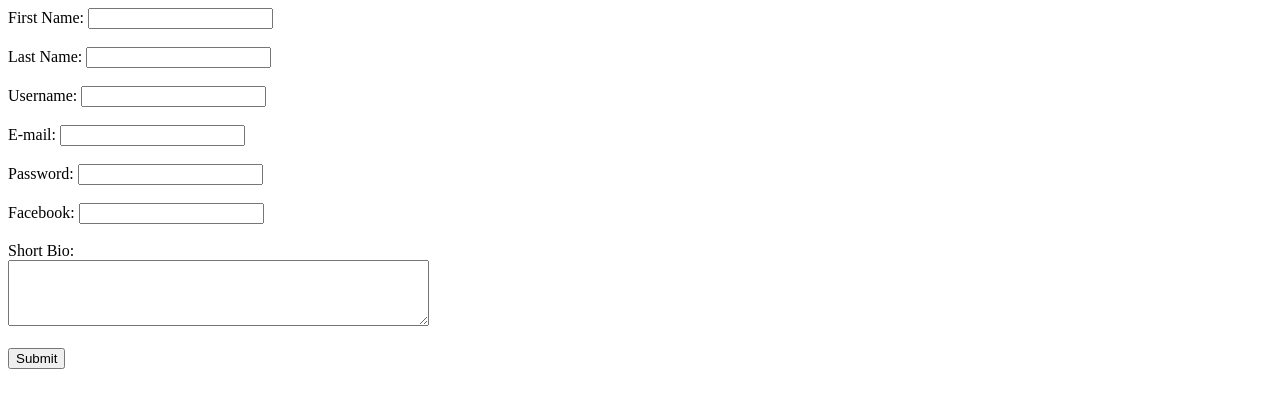
Repository: Knguyen2003/Spring
Page: JavaServlet/Tuan1/PhanNguyenKhoiNguyen_21068021_Tuan1/src/main/webapp/index.html
These files come from the project's save history. The page is drawn as it stood at one moment and after the next save; the edit follows.
The browser window is 1280 px wide. The pictures show the whole page.

Above is the page before, as saved 2024-08-21 11:55:22.

After the next save:
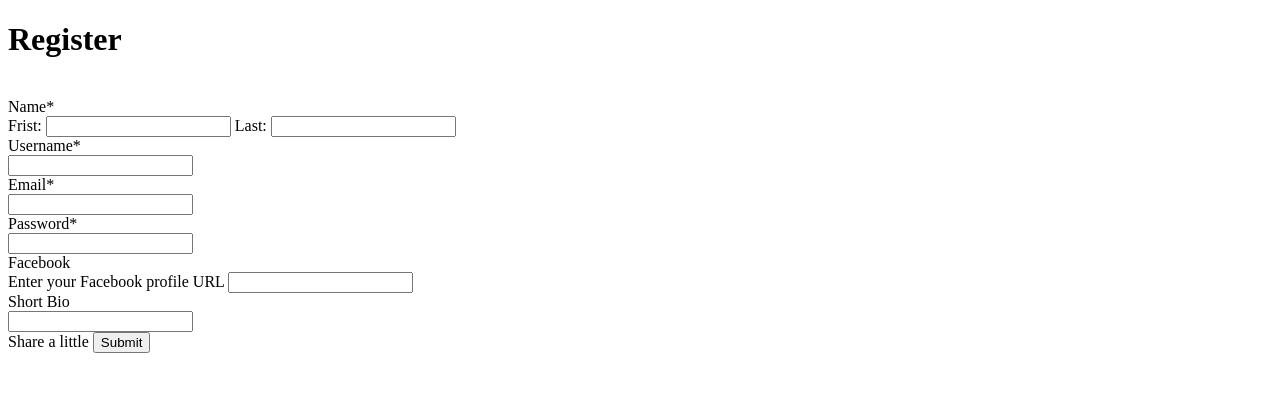
Saved 26 s later.
--- a/JavaServlet/Tuan1/PhanNguyenKhoiNguyen_21068021_Tuan1/src/main/webapp/index.html
+++ b/JavaServlet/Tuan1/PhanNguyenKhoiNguyen_21068021_Tuan1/src/main/webapp/index.html
@@ -6,29 +6,24 @@
 </head>
 <body>
 
-	<form method="post" action="RegisterServlet" name="registrationForm">
-        <label for="firstName">First Name:</label>
-        <input type="text" id="firstName" name="firstName" required><br><br>
+	<form method="get/post" action="TênServlet" name="registrationForm">
+		<h1>Register</h1> <br>
+        <label>Name*</label> <br>
+         Frist: <input type="text" name="first">
+         Last: <input type="text" name="last"> <br>
+        <label>Username*</label> <br>
+        <input type="text" name="usn"> <br>
+        <label>Email*</label> <br>
+        <input type="text" name="email"> <br>
+        <label>Password*</label> <br>
+        <input type="password" name="pw"> <br>
+        <label>Facebook</label> <br>
+        <label>Enter your Facebook profile URL</label>
+        <input type="text" name="face"> <br>
 
-        <label for="lastName">Last Name:</label>
-        <input type="text" id="lastName" name="lastName" required><br><br>
-
-        <label for="username">Username:</label>
-        <input type="text" id="username" name="username" required><br><br>
-
-        <label for="email">E-mail:</label>
-        <input type="email" id="email" name="email" required><br><br>
-
-        <label for="password">Password:</label>
-        <input type="password" id="password" name="password" required><br><br>
-
-        <label for="facebook">Facebook:</label>
-        <input type="url" id="facebook" name="facebook"><br><br>
-
-        <label for="bio">Short Bio:</label><br>
-        <textarea id="bio" name="bio" rows="4" cols="50"></textarea><br><br>
-
-        <input type="submit" value="Submit">
-    </form>
+        <label>Short Bio</label> <br>
+        <input type="text" name="short"> <br>
+        <label>Share a little </label>
+        <button>Submit</button>
 </body>
 </html>
